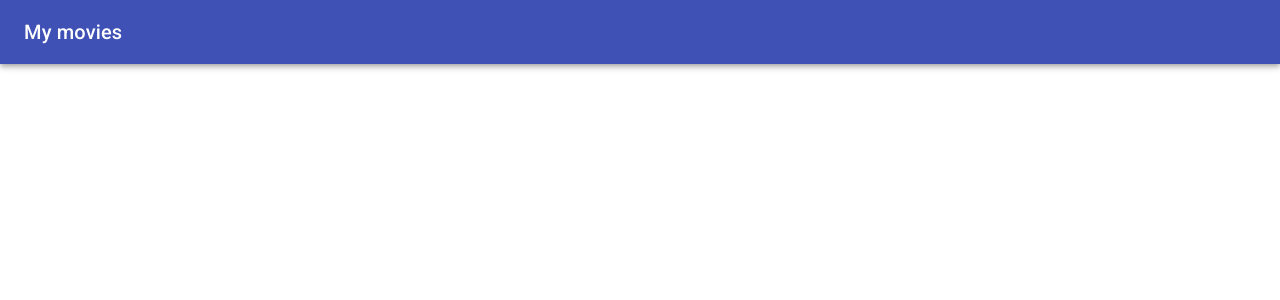
Repository: baodien1405/movie-app
Page: /
These files come from the project's save history. The page is drawn as it stood at one moment and after a run of saves; the edit follows.
The browser window is 1280 px wide. The pictures show the whole page.
The project was rebuilt for these pictures with package versions that can differ from the ones it lists, and the page was loaded fresh each time. Also part of the build but not shown: src/App.css.

Above is the page before, as saved 2021-06-01 18:08:56.

### src/App.tsx
import React from 'react';
import Navbar from './components/Navbar/Navbar.component';

import './App.css';

function App() {
  return (
    <div>
      <Navbar />
    </div>
  );
}

export default App;

### src/components/Navbar/Navbar.component.tsx
import React from 'react';
import { AppBar, Box, Toolbar, Typography } from "@material-ui/core";

function Navbar() {
  return (
    <AppBar position="relative" color="primary">
      <Toolbar>
        <Box display="flex" justifyContent="space-between" alignItems="center" width={1} py={2}>
          <Typography variant="h6">My movies</Typography>
        </Box>
      </Toolbar>
    </AppBar>
  );
}

export default Navbar;

### src/components/WelcomeMessage/WelcomeMessage.component.tsx
import React from 'react';

function WelcomeMessage() {
  return (
    <div>
      Welcome Message
    </div>
  );
}

export default WelcomeMessage;

Loaded but not shown: public/index.html (common file); src/index.tsx (common file); src/index.css (common file); src/reportWebVitals.ts (common file)

After the next 2 saves:
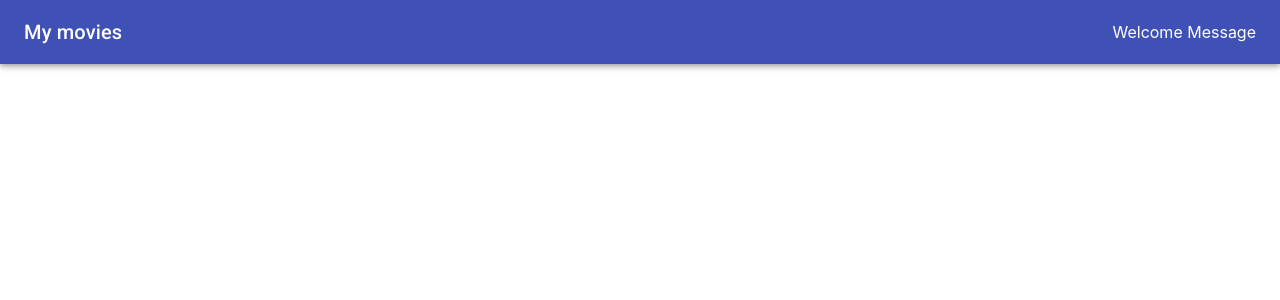
The 2 saves are shown as one change because 1 did not build or start.
The last was saved 56 s later.
--- a/src/components/Navbar/Navbar.component.tsx
+++ b/src/components/Navbar/Navbar.component.tsx
@@ -1,5 +1,6 @@
 import React from 'react';
 import { AppBar, Box, Toolbar, Typography } from "@material-ui/core";
+import WelcomeMessage from '../WelcomeMessage/WelcomeMessage.component';
 
 function Navbar() {
   return (
@@ -7,6 +8,10 @@ function Navbar() {
       <Toolbar>
         <Box display="flex" justifyContent="space-between" alignItems="center" width={1} py={2}>
           <Typography variant="h6">My movies</Typography>
+
+          <Box textAlign="center">
+            <WelcomeMessage />
+          </Box>
         </Box>
       </Toolbar>
     </AppBar>
